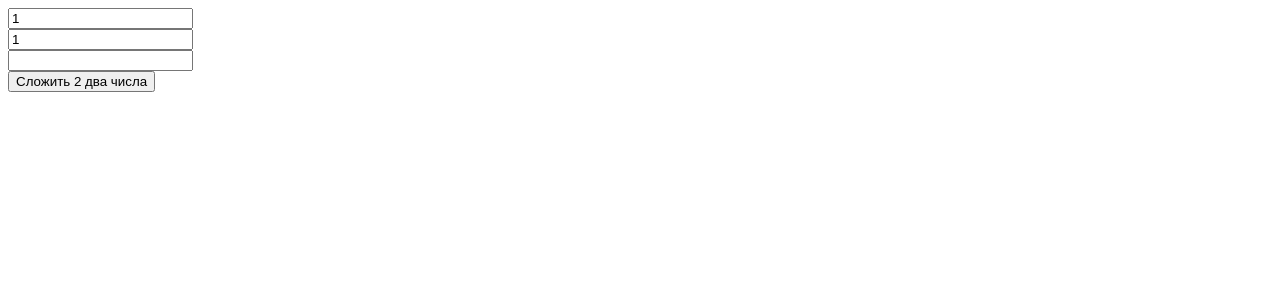
Repository: KhudanJeugene/StudyingInHillel
Page: Calculator/WebContent/Calc1.html
These files come from the project's save history. The page is drawn as it stood at one moment and after the next save; the edit follows.
The browser window is 1280 px wide. The pictures show the whole page.

Above is the page before, as saved 2016-02-07 18:34:39.

### Calculator/WebContent/Calc1.html
<!DOCTYPE html>
<html lang="ru">
	<head>
		<meta charset="UTF-8" />
		<meta http-equiv="X-UA-Compatible" content="IE=edge,chrome=1">
		<meta name="viewport" content="width=device-width, initial-scale=1.0">
		<title>add two Number</title>

		<script>
		function addition() {
			var a = parseInt(document.getElementById('a').value);
			var b = parseInt(document.getElementById('b').value);

			if (isNaN(a)==true) a=0;
			if (isNaN(b)==true) b=0;

			var c = a + b;

			document.getElementById('res').value = c;
		}
		</script>
	</head>
	<body>
		<form>
			<input id="a" type="text" value="1"><br>
			<input id="b" type="text" value="1"><br>
			<input id="res" type="text"><br>
			<input type="button" value="Сложить 2 два числа" onclick="addition();"><br>
		</form>
	</body>
</html>

After the next save:
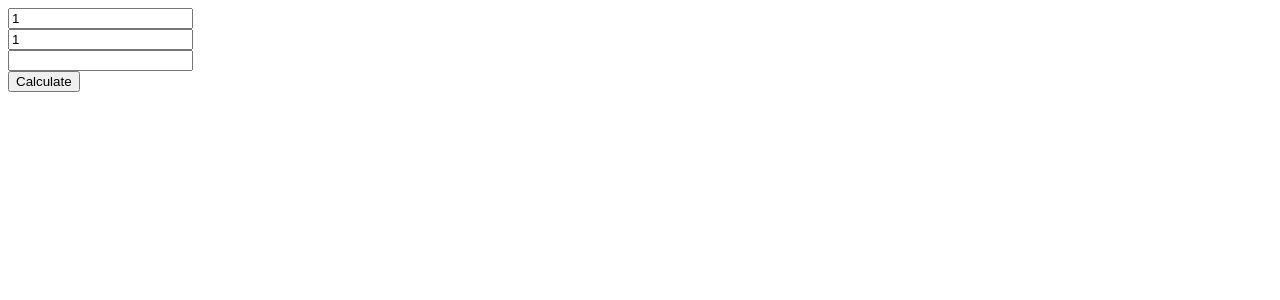
Saved 54 s later.
--- a/Calculator/WebContent/Calc1.html
+++ b/Calculator/WebContent/Calc1.html
@@ -7,7 +7,7 @@
 		<title>add two Number</title>
 
 		<script>
-		function addition() {
+		function add() {
 			var a = parseInt(document.getElementById('a').value);
 			var b = parseInt(document.getElementById('b').value);
 
@@ -25,7 +25,7 @@
 			<input id="a" type="text" value="1"><br>
 			<input id="b" type="text" value="1"><br>
 			<input id="res" type="text"><br>
-			<input type="button" value="Сложить 2 два числа" onclick="addition();"><br>
+			<input type="button" value="Calculate" onclick="add();"><br>
 		</form>
 	</body>
 </html>
